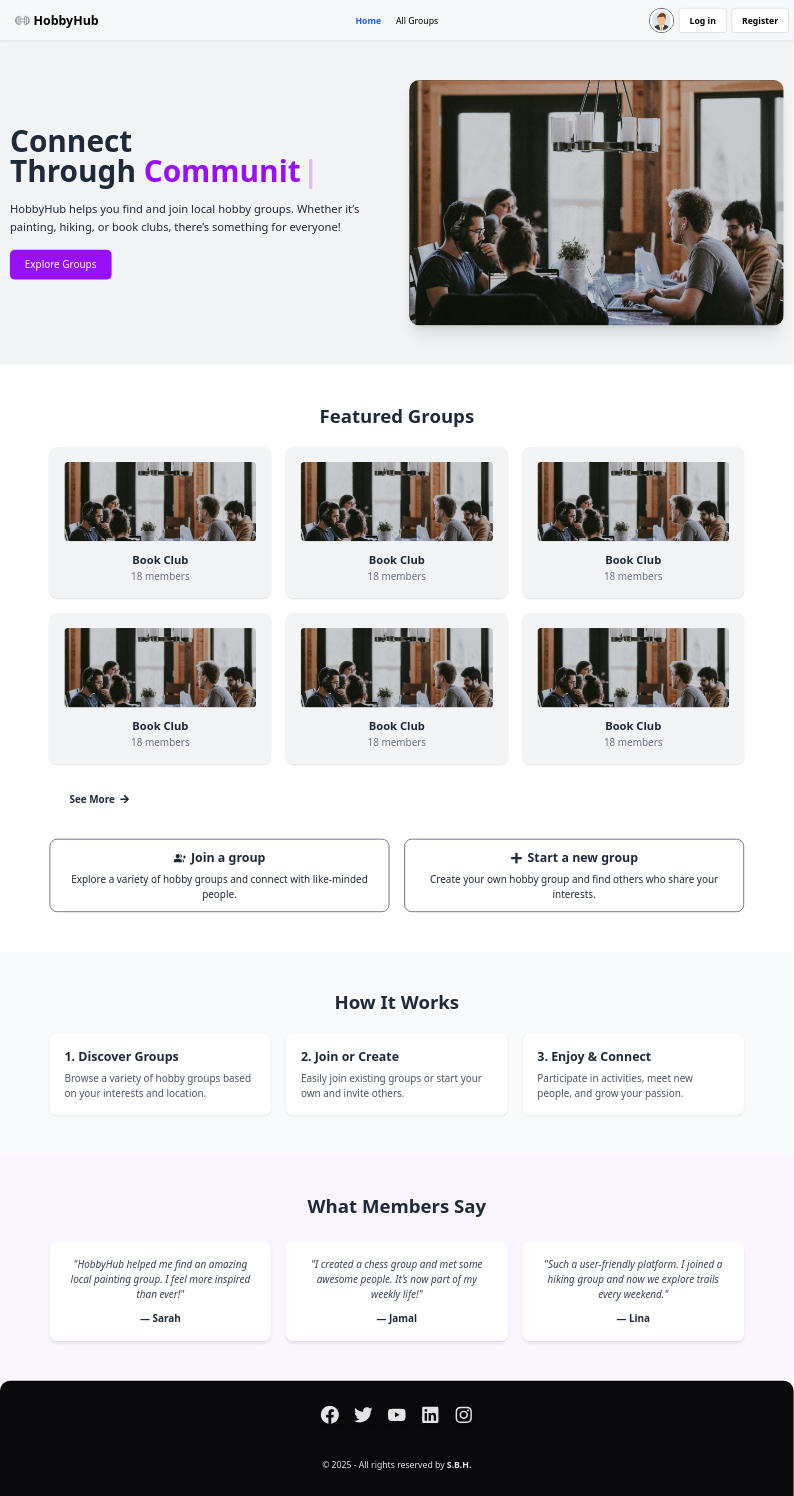
Repository: syedbayzid82849/Hobby_Hub_Client_site
Page: /
An editor plug-in stored every save of this project. The page is shown before and after a run of saves, followed by the edit.
The browser window is 1280 px wide. The pictures show the whole page, at 62% of full size.
The project was rebuilt for these pictures with package versions that can differ from the ones it lists, and the page was loaded fresh each time. Also part of the build but not shown: src/App.jsx, src/Pages/Register/Register.jsx, src/Pages/Login/Login.jsx, src/Pages/Profile/Profile.jsx, src/Pages/createGroup/createGroup.jsx, src/Pages/myGroup/myGroup.jsx, src/Routes/PrivateRoute.jsx, src/Pages/AllGroups/AllGroups.jsx.

Above is the page before, as saved 2025-05-22 09:10:44.

### src/main.jsx
import { StrictMode } from 'react'
import { createRoot } from 'react-dom/client'
import './index.css'
import App from './App.jsx'
import { RouterProvider } from 'react-router'
import router from './Routes/Router.jsx'
import AuthProvider from './Contexts/AuthProvider.jsx'
import { Toaster } from 'react-hot-toast'

createRoot(document.getElementById('root')).render(
  <StrictMode>
    <AuthProvider>
      <Toaster />
      <RouterProvider router={router}></RouterProvider>
    </AuthProvider>
  </StrictMode>,
)

### src/Routes/Router.jsx
import React from 'react';
import { createBrowserRouter } from "react-router";
import Root from "../Root/Root";
import Home from '../Pages/Home/Home';
import Register from '../Pages/Register/Register';
import Login from '../Pages/Login/Login';
import Profile from '../Pages/Profile/Profile';
import CreateGroup from '../Pages/createGroup/createGroup';
import MyGroup from '../Pages/myGroup/myGroup'
import PrivateRoute from './PrivateRoute';
import AllGroups from '../Pages/AllGroups/AllGroups'

const router = createBrowserRouter(
    [
        {
            path: '/',
            element: <Root></Root>,
            children: [
                {
                    index: true,
                    path: '/',
                    element: <Home></Home>
                },
                {
                    path: '/register',
                    element: <Register></Register>
                },
                {
                    path: '/login',
                    element: <Login></Login>
                },
                {
                    path: '/profile',
                    element: <Profile></Profile>
                },
                {
                    path: '/all-groups',
                    element: <AllGroups></AllGroups>
                },
                {
                    path: '/create-group',
                    element: <CreateGroup></CreateGroup>
                },
                {
                    path: '/my-group',
                    element:
                        <PrivateRoute>
                            <MyGroup></MyGroup>
                        </PrivateRoute>
                }
            ]
        }
    ]
);

export default router;

### src/Contexts/AuthProvider.jsx
import React, { useEffect, useState } from 'react';
import { AuthContext } from './AuthContext';
import { createUserWithEmailAndPassword, GoogleAuthProvider, onAuthStateChanged, signInWithEmailAndPassword, signInWithPopup, signOut } from "firebase/auth";
import { auth } from '../firebase.init';



const AuthProvider = ({ children }) => {
    const provider = new GoogleAuthProvider();
    const [user, setUser] = useState(null);
    const [loading, setLoading] = useState(true);

    // user true or false
    useEffect(() => {
        const unsubscribe = onAuthStateChanged(auth, (currentUser) => {
            setUser(currentUser);
            setLoading(false);
        });
        return () => unsubscribe();
    }, []);

    // register with email pass
    const createUser = (email, Password) => {
        setLoading(true);
        return createUserWithEmailAndPassword(auth, email, Password)
    };

    // register with google
    const createUserWithGoogle = () => {
        return signInWithPopup(auth, provider)
    }

    // log in with email and pass
    const loginUser = (email, password) => {
        setLoading(true);
        return signInWithEmailAndPassword(auth, email, password);
    };

    // login with google
    const loginUserWithGoogle = () => {
        return signInWithPopup(auth, provider)
    }

    // user log out
    const logOutUser = () => {
        setLoading(true);
        return signOut(auth);
    };


    const userInfo = {
        createUser,
        createUserWithGoogle,
        loginUserWithGoogle,
        loginUser,
        user,
        loading,
        setLoading,
        logOutUser
    }


    return (
        <AuthContext.Provider value={userInfo}>
            {children}
        </AuthContext.Provider>
    );
};

export default AuthProvider;

### src/Root/Root.jsx
import React from 'react';
import Navbar from '../Components/Navbar/Navbar';
import { Outlet } from 'react-router';
import Footer from '../Components/Footer/Footer'

const Root = () => {
    return (
        <div className="min-h-screen flex flex-col" >
            <Navbar></Navbar>
            <div className="flex-grow">
                <Outlet></Outlet>
            </div>
            <Footer></Footer>
        </div>
    );
};

export default Root;

### src/Pages/Home/Home.jsx
import { useEffect } from "react";
import { Link } from "react-router";
import { Typewriter } from "react-simple-typewriter";
import { Fade } from "react-awesome-reveal";
import img from '../../assets/hero.png';
import { MdGroupAdd } from "react-icons/md";
import { FaPlus } from "react-icons/fa";
import { FaArrowRight } from "react-icons/fa";


const Home = () => {
    useEffect(() => {
        window.scrollTo(0, 0);
    }, []);

    return (
        <div className="text-gray-800 dark:text-gray-100">
            {/* Hero Section */}
            <section className="bg-gray-100 dark:bg-gray-800">
                <div className="max-w-7xl mx-auto px-4 py-16 flex flex-col-reverse lg:flex-row items-center justify-between gap-10">
                    <div className="lg:w-1/2 space-y-6">
                        <h1 className="text-4xl md:text-5xl font-bold">
                            Connect Through&nbsp;
                            <span className="text-purple-600">
                                <Typewriter
                                    words={["Hobbies", "Creativity", "Community"]}
                                    loop={true}
                                    cursor
                                    cursorStyle="|"
                                    typeSpeed={80}
                                    deleteSpeed={50}
                                    delaySpeed={1500}
                                />
                            </span>
                        </h1>
                        <p className="text-lg">
                            HobbyHub helps you find and join local hobby groups. Whether it’s painting, hiking, or book clubs, there’s something for everyone!
                        </p>
                        <Link to="/groups">
                            <button className="bg-purple-600 text-white px-6 py-3 rounded-lg hover:bg-purple-700 transition-all">
                                Explore Groups
                            </button>
                        </Link>
                    </div>

                    <div className="lg:w-1/2">
                        <img
                            src={img}
                            alt="Hobby Community"
                            className="w-full rounded-2xl shadow-xl"
                        />
                    </div>
                </div>
            </section>

            {/* Featured Groups (Dummy for now) */}
            <section className="py-16 bg-white dark:bg-gray-900">
                <div className="max-w-6xl mx-auto px-4 text-center">
                    <h2 className="text-3xl font-bold mb-8">Featured Groups</h2>
                    <div className="grid grid-cols-1 md:grid-cols-2 lg:grid-cols-3 gap-6">
                        {/* Group Card 1 */}
                        <div className="p-6 bg-gray-100 dark:bg-gray-800 rounded-xl shadow hover:shadow-lg transition">
                            <img
                                src={img}
                                alt=""
                                className="rounded-md w-full h-32 object-cover mb-4"
                            />
                            <h3 className="text-lg font-semibold">Book Club</h3>
                            <p className="text-gray-500">18 members</p>
                        </div>
                        {/* Group Card 1 */}
                        <div className="p-6 bg-gray-100 dark:bg-gray-800 rounded-xl shadow hover:shadow-lg transition">
                            <img
                                src={img}
                                alt=""
                                className="rounded-md w-full h-32 object-cover mb-4"
                            />
                            <h3 className="text-lg font-semibold">Book Club</h3>
                            <p className="text-gray-500">18 members</p>
                        </div>
                        {/* Group Card 1 */}
                        <div className="p-6 bg-gray-100 dark:bg-gray-800 rounded-xl shadow hover:shadow-lg transition">
                            <img
                                src={img}
                                alt=""
                                className="rounded-md w-full h-32 object-cover mb-4"
                            />
                            <h3 className="text-lg font-semibold">Book Club</h3>
                            <p className="text-gray-500">18 members</p>
                        </div>
                        {/* Group Card 1 */}
                        <div className="p-6 bg-gray-100 dark:bg-gray-800 rounded-xl shadow hover:shadow-lg transition">
                            <img
                                src={img}
                                alt=""
                                className="rounded-md w-full h-32 object-cover mb-4"
                            />
                            <h3 className="text-lg font-semibold">Book Club</h3>
                            <p className="text-gray-500">18 members</p>
                        </div>
                        {/* Group Card 1 */}
                        <div className="p-6 bg-gray-100 dark:bg-gray-800 rounded-xl shadow hover:shadow-lg transition">
                            <img
                                src={img}
                                alt=""
                                className="rounded-md w-full h-32 object-cover mb-4"
                            />
                            <h3 className="text-lg font-semibold">Book Club</h3>
                            <p className="text-gray-500">18 members</p>
                        </div>
                        {/* Group Card 1 */}
                        <div className="p-6 bg-gray-100 dark:bg-gray-800 rounded-xl shadow hover:shadow-lg transition">
                            <img
                                src={img}
                                alt=""
                                className="rounded-md w-full h-32 object-cover mb-4"
                            />
                            <h3 className="text-lg font-semibold">Book Club</h3>
                            <p className="text-gray-500">18 members</p>
                        </div>
                    </div>
                    <Link clssName='mx-auto'>
                        <button type="button" className="flex mt-8 px-8 py-3 font-semibold rounded-full dark:bg-gray-800 dark:text-gray-100"><span className=''>See More</span><span className=' pt-1 ml-2'><FaArrowRight /></span></button>
                    </Link>
                </div>
                <div className="max-w-6xl mx-auto px-4 text-center pt-10">
                    <div className="grid grid-cols-1 md:grid-cols-2 gap-6 text-center">
                        <Link to={'/join-group'}>
                            <div className="p-4  rounded-xl border">
                                <h4 className="text-xl font-semibold mb-2 flex justify-center items-center gap-2">
                                    <MdGroupAdd />
                                    Join a group
                                </h4>
                                <p className="">
                                    Explore a variety of hobby groups and connect with like-minded people.
                                </p>
                            </div>
                        </Link>
                        <Link to={'/create-group'}>
                            <div className="p-4  rounded-xl border">
                                <h4 className="text-xl font-semibold mb-2 flex justify-center items-center gap-2 ">
                                    <FaPlus />
                                    Start a new group
                                </h4>
                                <p className="">
                                    Create your own hobby group and find others who share your interests.
                                </p>
                            </div>
                        </Link>
                    </div>
                </div>
            </section>
            <section className="py-16 bg-gray-50 dark:bg-gray-900">
                <div className="max-w-6xl mx-auto px-4 text-center">
                    <Fade direction="up">
                        <h2 className="text-3xl font-bold mb-8">How It Works</h2>
                        <div className="grid grid-cols-1 md:grid-cols-3 gap-6 text-left">
                            <div className="p-6 bg-white dark:bg-gray-800 rounded-xl shadow">
                                <h3 className="text-xl font-semibold mb-2">1. Discover Groups</h3>
                                <p className="text-gray-600 dark:text-gray-400">
                                    Browse a variety of hobby groups based on your interests and location.
                                </p>
                            </div>
                            <div className="p-6 bg-white dark:bg-gray-800 rounded-xl shadow">
                                <h3 className="text-xl font-semibold mb-2">2. Join or Create</h3>
                                <p className="text-gray-600 dark:text-gray-400">
                                    Easily join existing groups or start your own and invite others.
                                </p>
                            </div>
                            <div className="p-6 bg-white dark:bg-gray-800 rounded-xl shadow">
                                <h3 className="text-xl font-semibold mb-2">3. Enjoy & Connect</h3>
                                <p className="text-gray-600 dark:text-gray-400">
                                    Participate in activities, meet new people, and grow your passion.
                                </p>
                            </div>
                        </div>
                    </Fade>
                </div>
            </section>

            <section className="py-16 bg-purple-50 dark:bg-gray-950">
                <div className="max-w-6xl mx-auto px-4 text-center">
                    <Fade direction="up">
                        <h2 className="text-3xl font-bold mb-10">What Members Say</h2>
                        <div className="grid grid-cols-1 md:grid-cols-3 gap-6">
                            <div className="p-6 bg-white dark:bg-gray-800 rounded-xl shadow-md">
                                <p className="italic text-gray-700 dark:text-gray-300">"HobbyHub helped me find an amazing local painting group. I feel more inspired than ever!"</p>
                                <h4 className="mt-4 font-semibold">— Sarah</h4>
                            </div>
                            <div className="p-6 bg-white dark:bg-gray-800 rounded-xl shadow-md">
                                <p className="italic text-gray-700 dark:text-gray-300">"I created a chess group and met some awesome people. It’s now part of my weekly life!"</p>
                                <h4 className="mt-4 font-semibold">— Jamal</h4>
                            </div>
                            <div className="p-6 bg-white dark:bg-gray-800 rounded-xl shadow-md">
                                <p className="italic text-gray-700 dark:text-gray-300">"Such a user-friendly platform. I joined a hiking group and now we explore trails every weekend."</p>
                                <h4 className="mt-4 font-semibold">— Lina</h4>
                            </div>
                        </div>
                    </Fade>
                </div>
            </section>

        </div>
    );
};

export default Home;

### src/Components/Footer/Footer.jsx
import React from "react";
import {
    FaFacebook,
    FaTwitter,
    FaYoutube,
    FaLinkedin,
    FaInstagram,
} from "react-icons/fa";

const Footer = () => {
    return (
        <footer className="footer footer-horizontal footer-center bg-neutral text-neutral-content p-10 rounded-t-2xl shadow-inner">
            <nav>
                <div className="grid grid-flow-col gap-6 text-3xl">
                    <a
                        href="https://facebook.com/syed.bayzidhusain/"
                        target="_blank"
                        rel="noopener noreferrer"
                    >
                        <FaFacebook className="hover:text-blue-400 hover:scale-125 transition-all duration-300 shadow-md" />
                    </a>
                    <a
                        href="https://x.com/SyedBayzid82849"
                        target="_blank"
                        rel="noopener noreferrer"
                    >
                        <FaTwitter className="hover:text-sky-300 hover:scale-125 transition-all duration-300 shadow-md" />
                    </a>
                    <a
                        href="https://youtube.com/@SyedBayzid0.1"
                        target="_blank"
                        rel="noopener noreferrer"
                    >
                        <FaYoutube className="hover:text-red-400 hover:scale-125 transition-all duration-300 shadow-md" />
                    </a>
                    <a
                        href="https://linkedin.com/in/syed-bayzid-b91343329"
                        target="_blank"
                        rel="noopener noreferrer"
                    >
                        <FaLinkedin className="hover:text-blue-300 hover:scale-125 transition-all duration-300 shadow-md" />
                    </a>
                    <a
                        href="https://www.instagram.com/syedbayzidhusain/"
                        target="_blank"
                        rel="noopener noreferrer"
                    >
                        <FaInstagram className="hover:text-pink-400 hover:scale-125 transition-all duration-300 shadow-md" />
                    </a>
                </div>
            </nav>
            <aside className="mt-4">
                <p className="hover:text-primary transition-colors duration-200">
                    © {new Date().getFullYear()} - All rights reserved by <strong>S.B.H.</strong>
                </p>
            </aside>
        </footer>
    );
};

export default Footer;

Loaded but not shown: index.html (common file); src/index.css (common file); src/Contexts/AuthContext.jsx (common file); src/firebase.init.js (19 lines, source omitted); src/Components/Navbar/Navbar.jsx (136 lines, source omitted); src/App.css (no stored copy; drawn as an empty file)

After the next 3 saves:
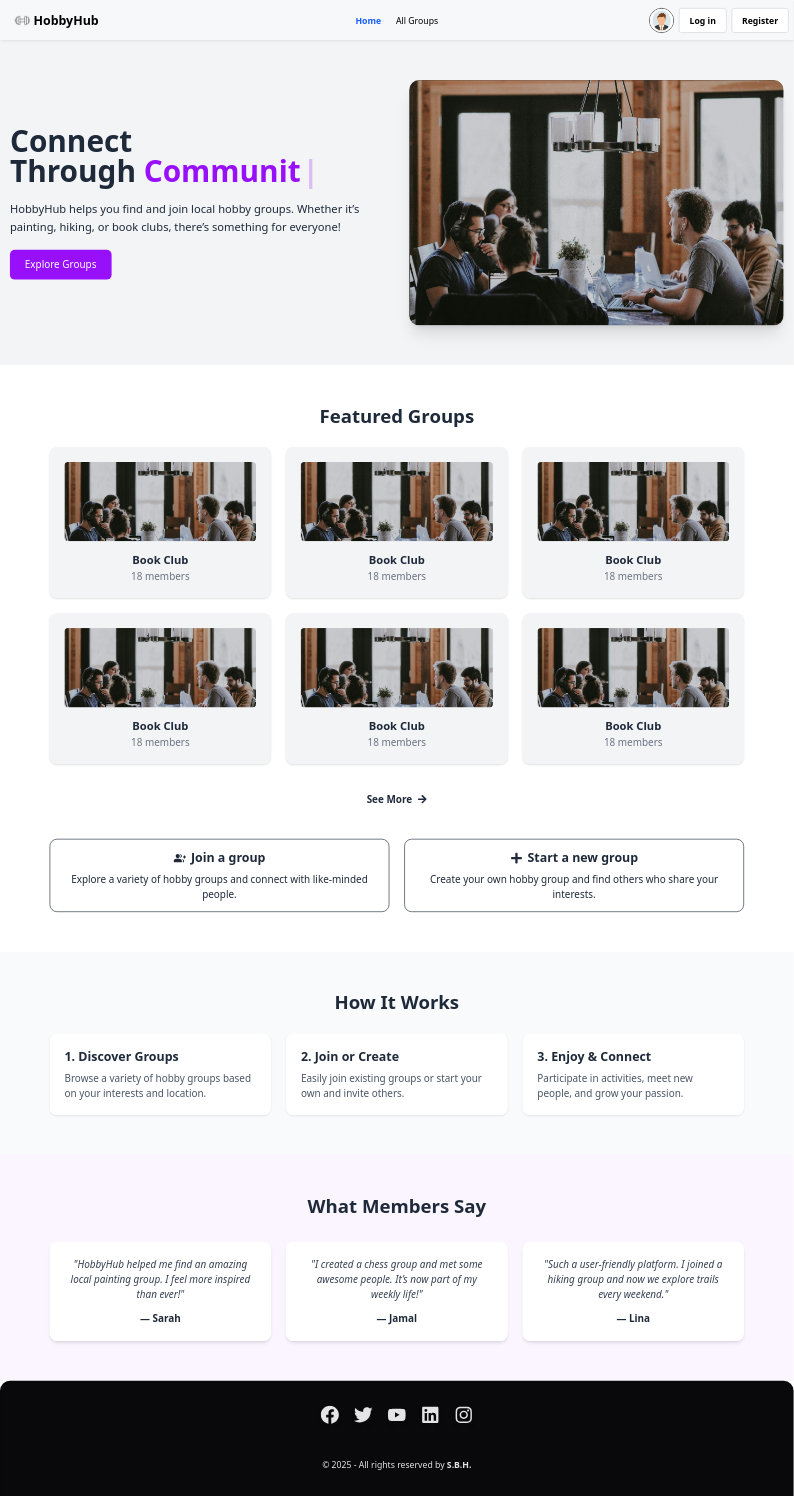
The 3 saves are shown as one change because they came seconds apart.
The last was saved 30 s later.
--- a/src/Pages/Home/Home.jsx
+++ b/src/Pages/Home/Home.jsx
@@ -119,8 +119,8 @@
                             <p className="text-gray-500">18 members</p>
                         </div>
                     </div>
-                    <Link clssName='mx-auto'>
-                        <button type="button" className="flex mt-8 px-8 py-3 font-semibold rounded-full dark:bg-gray-800 dark:text-gray-100"><span className=''>See More</span><span className=' pt-1 ml-2'><FaArrowRight /></span></button>
+                    <Link clssName=''>
+                        <button type="button" className="mx-auto flex mt-8 px-8 py-3 font-semibold rounded-full dark:bg-gray-800 dark:text-gray-100"><span className=''>See More</span><span className=' pt-1 ml-2'><FaArrowRight /></span></button>
                     </Link>
                 </div>
                 <div className="max-w-6xl mx-auto px-4 text-center pt-10">
